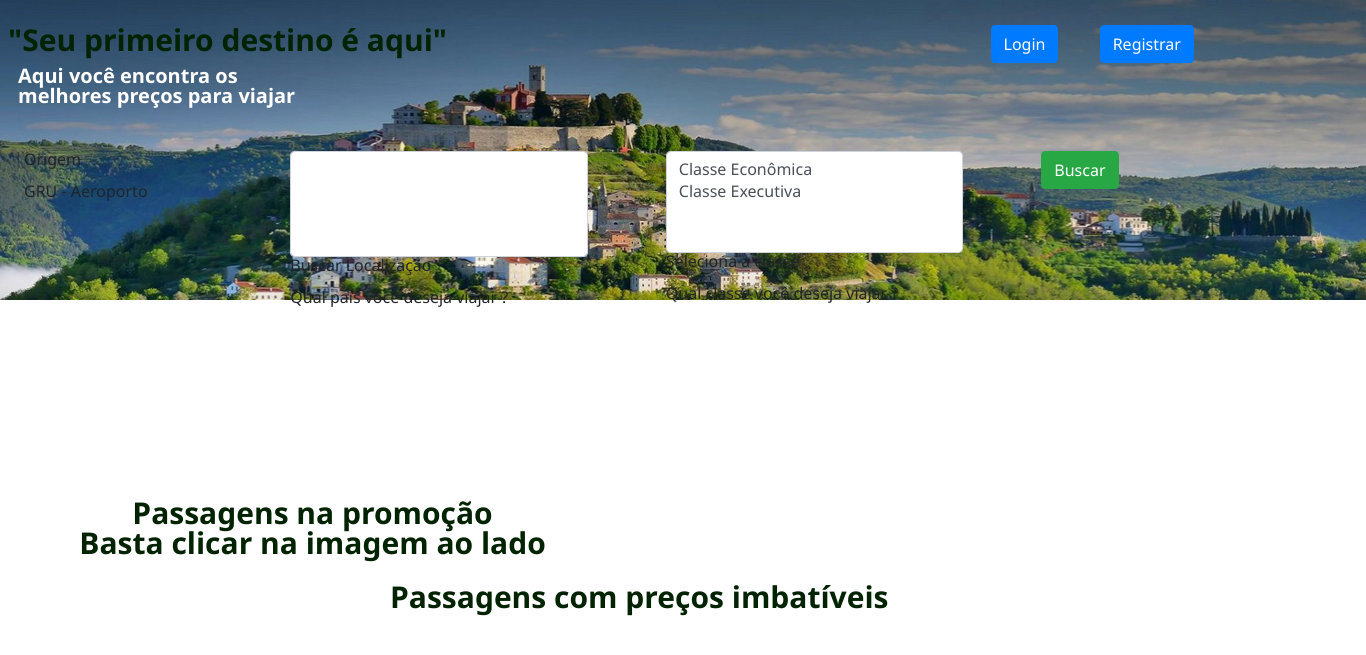
Repository: VictorFlay/Aplicacao-WEB
Page: http://localhost/ProjetoWeb/
The author's editor kept a copy of each file at every save. The page is drawn from the files as they stood at one save, then again after the next save.
The browser window is 1280 px wide. The page is 1366 px wide, so the pictures cover 1366 px, including what lies to the right of the window. The pictures show the whole page.
Some web libraries are served in a nearby version. The page is served by Tomcat 9. Queries for data that is not in the repository find no rows.

Above is the page before, as saved 2021-07-16 22:28:19.

After the next save:
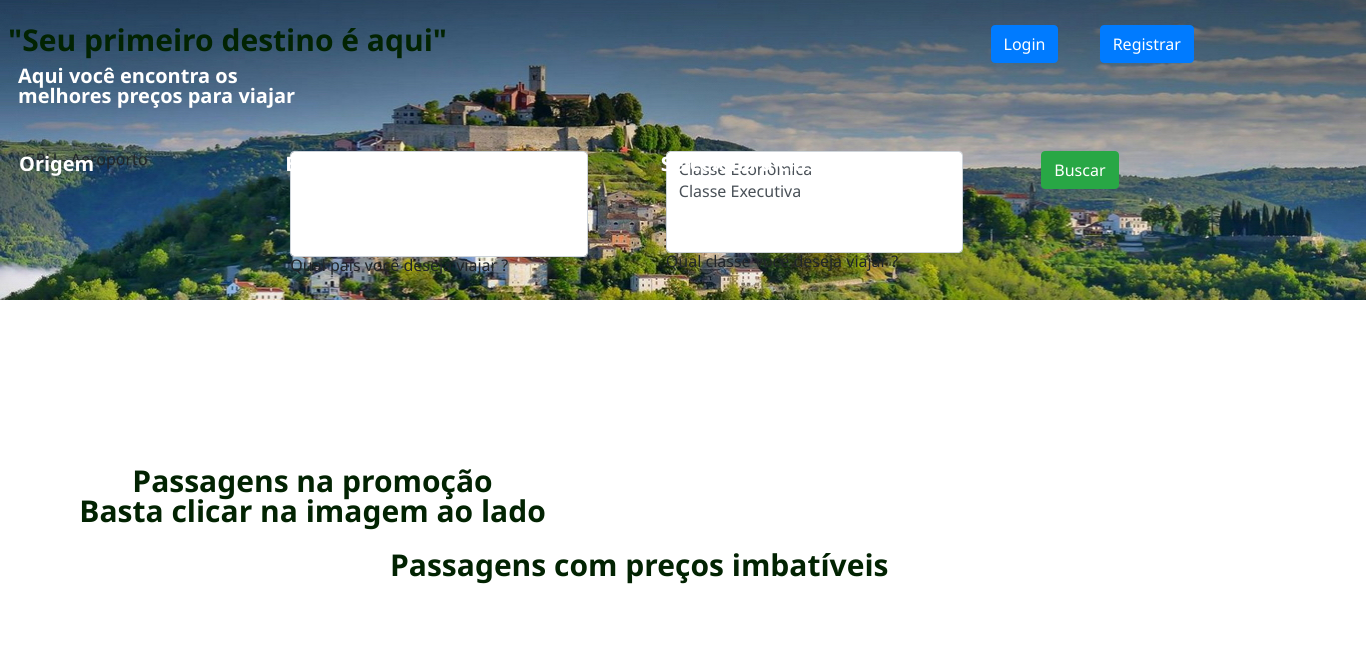
Saved 57 s later.
--- a/ProjetoWeb/WebContent/css/design.css
+++ b/ProjetoWeb/WebContent/css/design.css
@@ -530,6 +530,19 @@ hr.jss14{
     white-space: nowrap;
 }
 
+
+.jss30{
+    color: white;
+    position: absolute;
+    z-index: 3;
+    font-weight: bold;
+    font-size: 20px;
+    left: 10px;
+    top: 3px;
+    display: block;
+    opacity: 1;
+}
+
 #aumentardiminuir{
     top: 600px;
 
